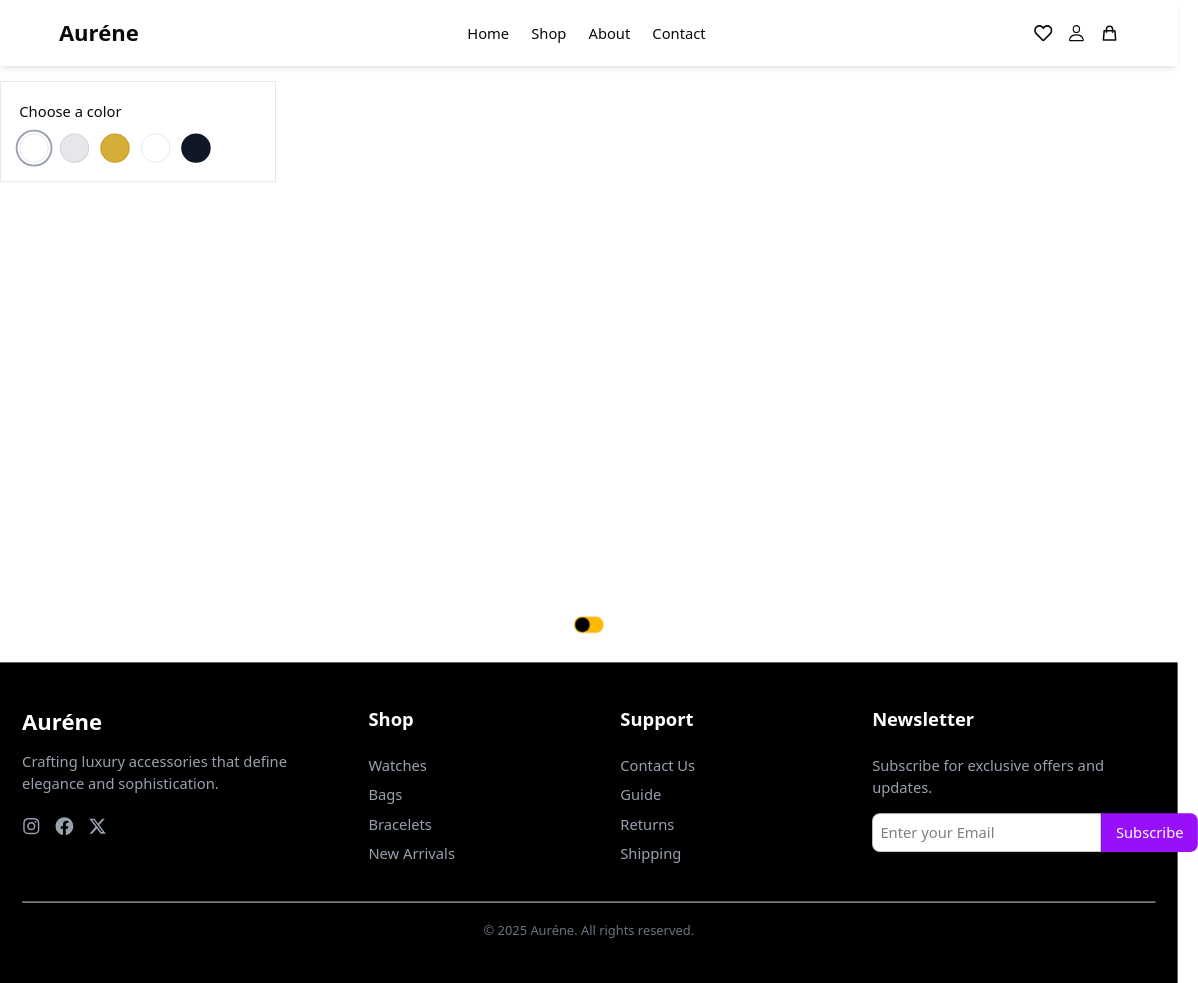
Repository: oehab30/Aur-ne-e-commerce-
Page: /Wishlist
These files come from the project's save history. The page is drawn as it stood at one moment and after the next save; the edit follows.
The browser window is 1280 px wide. The page is 1302 px wide, so the pictures cover 1302 px, including what lies to the right of the window. The pictures show the whole page, at 92% of full size.
The project was rebuilt for these pictures with package versions that can differ from the ones it lists, and the page was loaded fresh each time. Also part of the build but not shown: src/components/home-page/Hero.tsx, src/components/home-page/Hotoffers.tsx, src/components/home-page/Dontmiss.tsx, src/components/home-page/Featuredcollection.tsx, src/components/home-page/BestSellers.tsx, src/components/home-page/Summercollection.tsx, src/pages/Home.tsx, src/components/common/Categories.tsx and 7 more.

Above is the page before, as saved 2025-11-26 18:56:23.

After the next save:
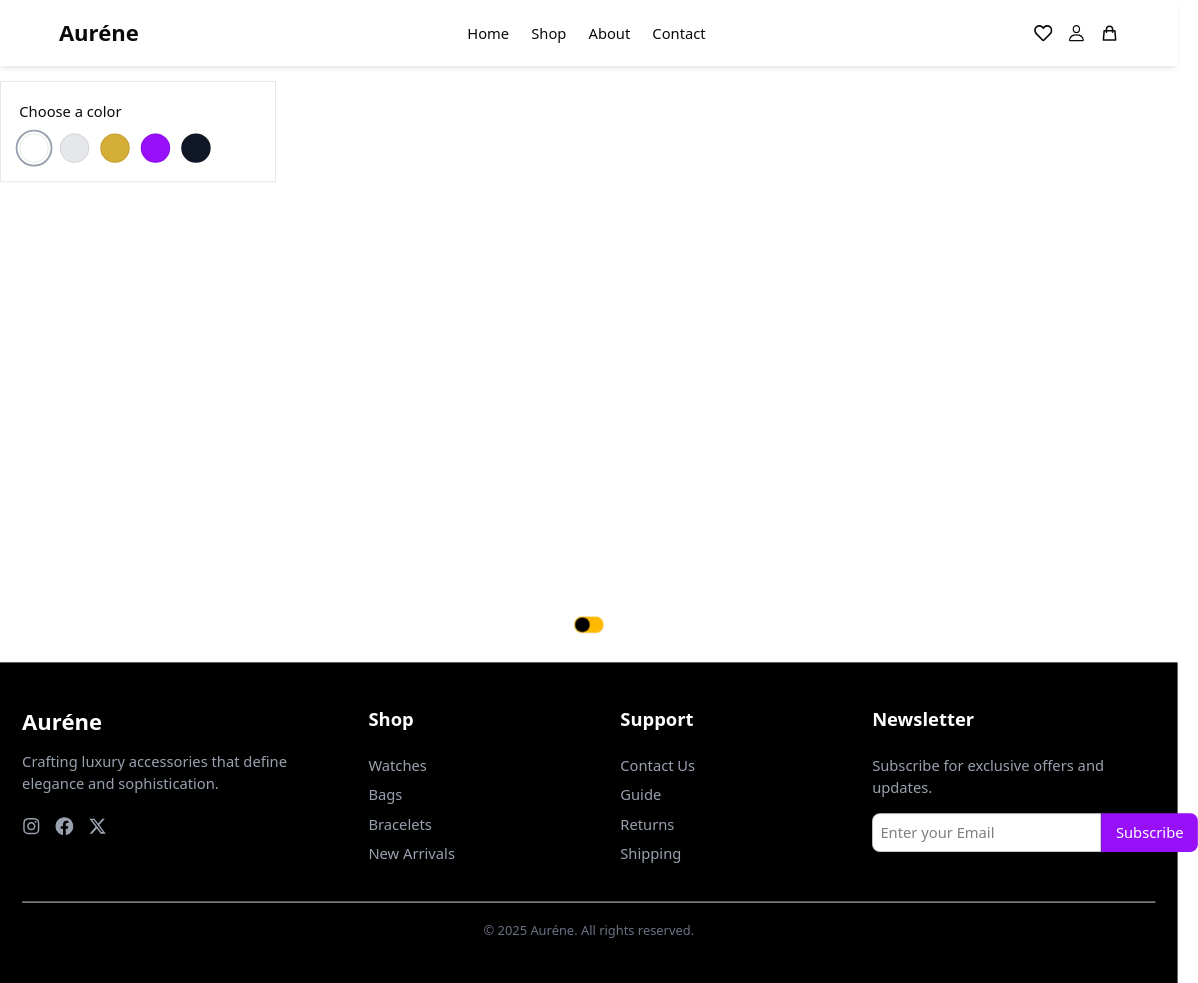
Saved 31 s later.
--- a/src/components/Shop-page/color.tsx
+++ b/src/components/Shop-page/color.tsx
@@ -7,7 +7,7 @@ function Color() {
       { id: 'white', name: 'White', classes: 'bg-white checked:outline-gray-400' },
       { id: 'gray', name: 'Gray', classes: 'bg-gray-200 checked:outline-gray-400' },
       { id: 'black', name: 'Black', classes: 'bg-[var(--main)] checked:outline-gray-900' },
-      { id: 'black', name: 'Black', classes: 'bg-blue checked:outline-gray-900' },
+      { id: 'black', name: 'Black', classes: 'bg-purple-600 checked:outline-gray-900' },
       { id: 'black', name: 'Black', classes: 'bg-gray-900 checked:outline-gray-900' },
     ],
   };
